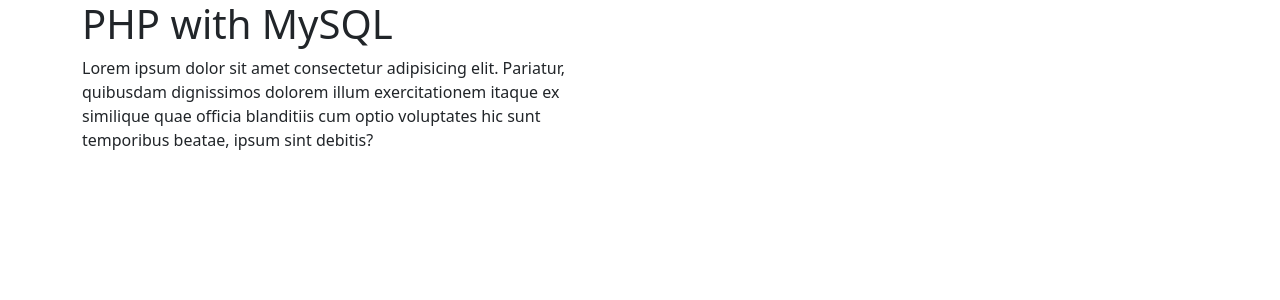
Repository: teban004/COMP1006---W2017
Page: http://localhost/
These files come from the project's save history. The page is drawn as it stood at one moment and after the next save; the edit follows.
The browser window is 1280 px wide. The pictures show the whole page.
The page is run by PHP 8.4 with error messages shown; the project is at /var/www/html/. Queries for data that is not in the repository find no rows.

Above is the page before, as saved 2022-01-02 18:28:31.

After the next save:
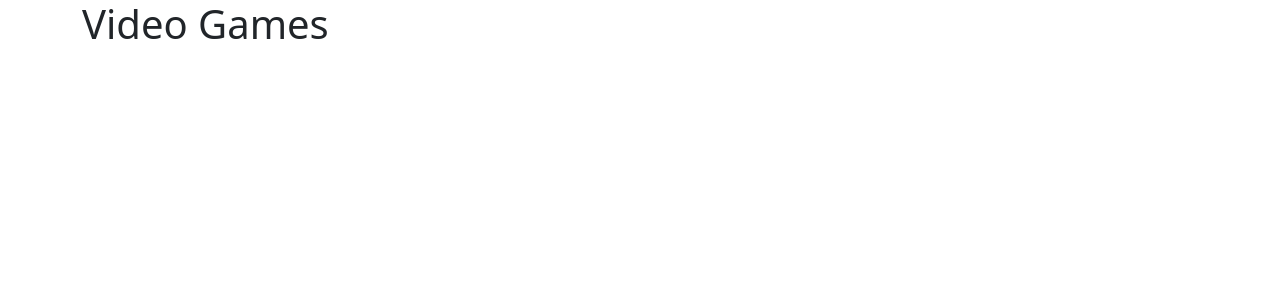
Saved 4 min 43 s later.
--- a/index.php
+++ b/index.php
@@ -14,38 +14,39 @@
     <div class="container">
         <div class="row">
             <div class="col-md-offset-3 col-md-6">
-                <h1>PHP with MySQL</h1>
-                <p>Lorem ipsum dolor sit amet consectetur adipisicing elit. Pariatur, quibusdam dignissimos dolorem illum exercitationem itaque ex similique quae officia blanditiis cum optio voluptates hic sunt temporibus beatae, ipsum sint debitis?</p>
-            </div>
+                <h1>Video Games</h1>
+
+                <?php
+
+                    $dsn = 'mysql:host=localhost;dbname=gameDB';
+                    $userName = 'gameusr';
+                    $password = 'EASportsKonami-2022';
+
+                    try {
+                        $db = new PDO($dsn, $userName, $password);
+                    }
+                    catch(PDOException $e) {
+                        $message = $e->getMessage();
+                        echo "An error occurred: " . $message;
+                    }
+
+                    $query = "SELECT * FROM Games";
+                    $statement = $db->prepare($query);
+                    $statement->execute(); // run on the db server
+                    $games = $statement->fetchAll(); // returns an array for each row
+
+                    echo "<ul>";
+                    foreach ($games as $game) {
+                        echo "<li>" . $game['Name'] . " $" . $game['Cost']."</li>";
+                    }
+                    echo "</ul>";
+
+                ?>
+
+        </div>
         </div>
 
     </div>
-
-<?php
-
-    $dsn = 'mysql:host=localhost;dbname=gameDB';
-    $userName = 'gameusr';
-    $password = 'EASportsKonami-2022';
-
-    try {
-        $db = new PDO($dsn, $userName, $password);
-    }
-    catch(PDOException $e) {
-        $message = $e->getMessage();
-        echo "An error occurred: " . $message;
-    }
-
-    $query = "SELECT * FROM Games";
-    $statement = $db->prepare($query);
-    $statement->execute(); // run on the db server
-    $games = $statement->fetchAll(); // returns an array for each row
-
-    foreach ($games as $game) {
-        echo "<p>" . $game['Name'] . "</p>";
-    }
-
-?>
-
 
     <!-- JavaScript Section-->
     <script src="./Scripts/lib/jquery/dist/jquery.min.js"></script>
